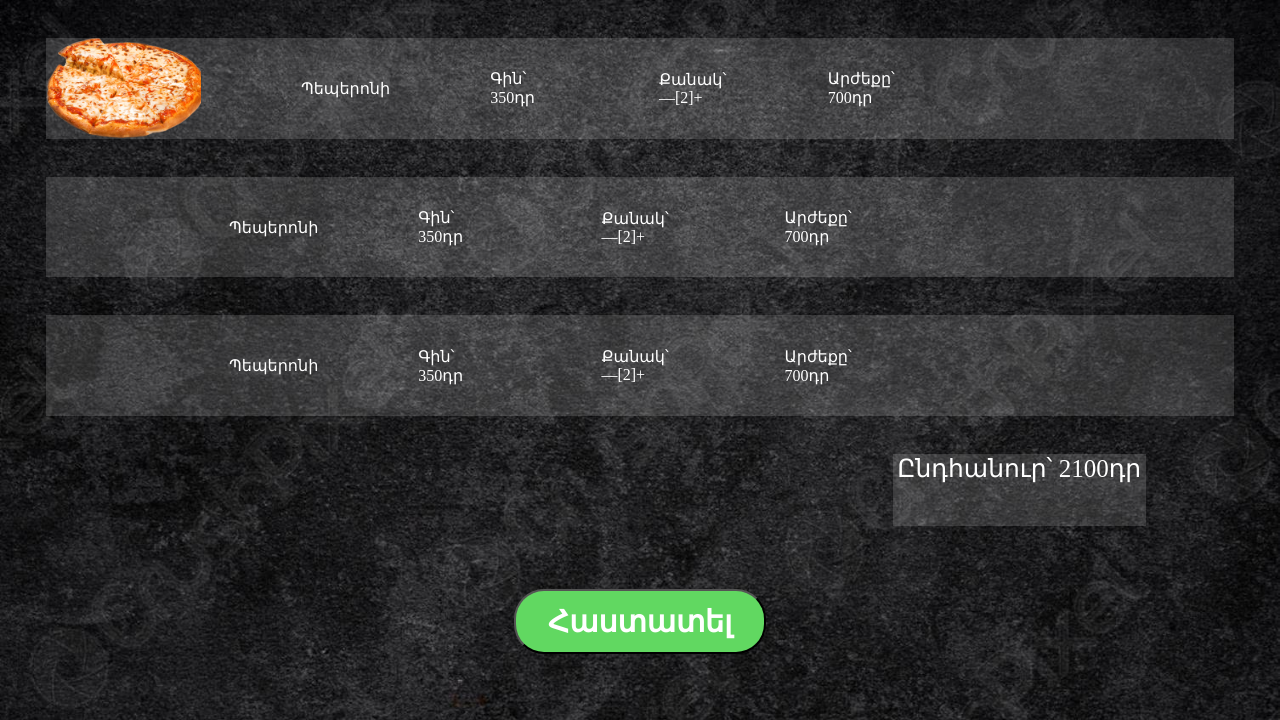
Repository: NarekTovmasyan/PizzaManue
Page: public/basket.html
An editor plug-in stored every save of this project. The page is shown before and after the next save, followed by the edit.
The browser window is 1280 px wide. The pictures show the whole page.

Above is the page before, as saved 2022-01-20 15:02:03.

### public/basket.html
<!DOCTYPE html>
<html lang="en">
<head>
    <meta charset="UTF-8">
    <meta http-equiv="X-UA-Compatible" content="IE=edge">
    <meta name="viewport" content="width=device-width, initial-scale=1.0">
    <link rel="stylesheet" href="basket.css">
    <title>BASKET</title>

</head>
<body>
    <div class= "main">
        <div class ="prop">
            <div class="pizza1Img"></div>
            <div>Պեպերոնի</div>
            <div>Գին՝ 350դր</div>
            <div>Քանակ՝ —[2]+ </div>
            <div>Արժեքը՝ 700դր</div>
            <div></div>
         </div>
        <div class ="prop">
            <div class="pizza2Img"></div>
            <div>Պեպերոնի</div>
            <div>Գին՝ 350դր</div>
            <div>Քանակ՝ —[2]+ </div>
            <div>Արժեքը՝ 700դր</div>
            <div></div>
        </div>
        <div class ="prop">
            <div class="pizza3Img"></div>
            <div>Պեպերոնի</div>
            <div>Գին՝ 350դր</div>
            <div>Քանակ՝ —[2]+ </div>
            <div>Արժեքը՝ 700դր</div>
            <div></div>
        </div>
        <div class ="sum">Ընդհանուր՝ 2100դր</div>
         <button class = "confirm">Հաստատել</button>
    </div>
</body>
</html>

### public/basket.css
body {
    background-image: url(./images/background.jpg);
    background-repeat: no-repeat;
    background-size: cover;
  }
 .main{
      width: 100%;
      height: 80vh;
}
.prop{
  background-color: rgba(255, 255, 255, 0.144) ;
  width: 94%;
  height: 14vh;
  margin-top: 3%;
  margin-left: 3%;
  display: grid;
  grid-template-columns: 1fr 1fr 1fr 1fr 1fr 1fr 1fr;
  column-gap: 100px;
  justify-content: center;
  align-items: center;
  color:white ;
}
/*.prop > div{
     background-color: yellow;
     width: 20%;
}*/
 .prop > div{
 }
.sum{
    background-color: rgba(255, 255, 255, 0.144) ;
    width: 20%;
    height: 10vh;
    margin-top: 3%;
    margin-left: 70%;
    font-size: 25px;
    font-weight: 500;
    text-align:center;
    color:white;
}

.confirm{
    background-color:rgb(97, 216, 97);
    height: 9vh;
    width: 20%;
    border-radius: 30px;
    text-align:center;
    font-size: 30px;
    font-weight: 700;
    margin-left:40%;
    margin-top: 5%;
    color:white;
    cursor: pointer;
}
.confirm:hover {
    background-color: rgb(216, 250, 216);
    color: black
  }
.pizza1Img{
    background-image: url(./images/pizza1.png);
    height:100px;
    width: 155px;
    background-size: cover;
}

After the next save:
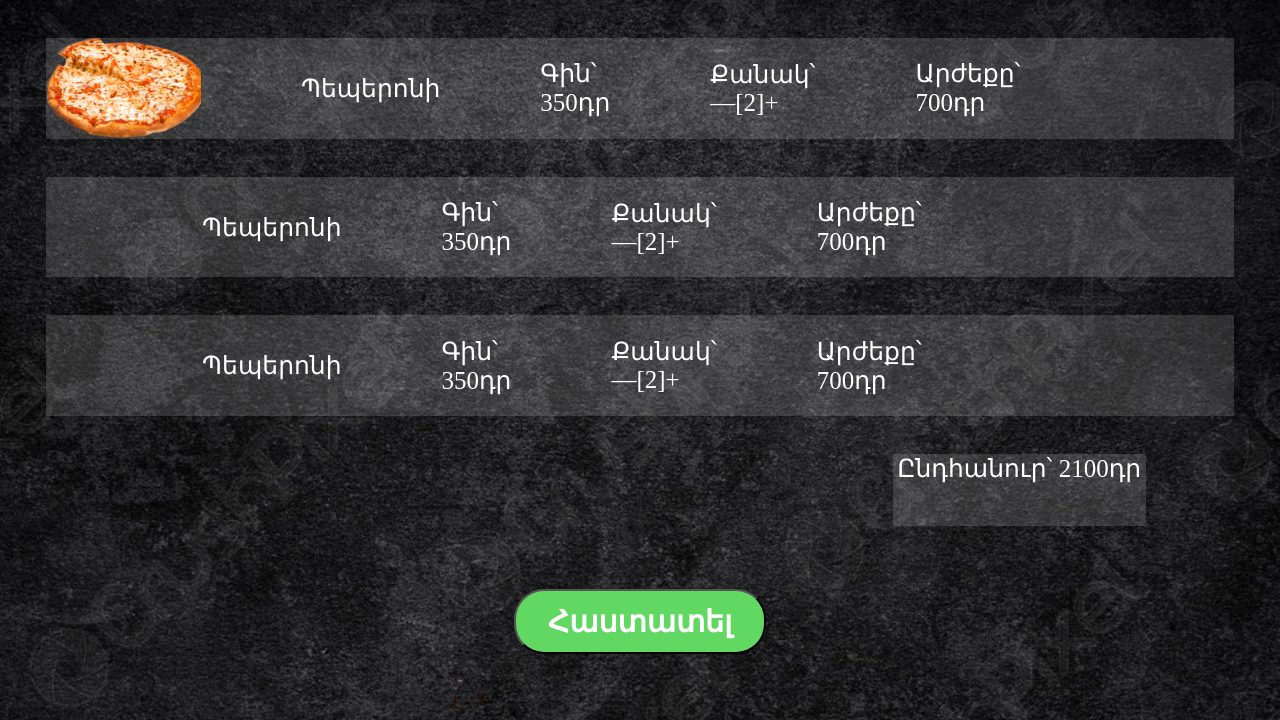
Saved 59 s later.
--- a/public/basket.css
+++ b/public/basket.css
@@ -19,12 +19,10 @@ body {
   justify-content: center;
   align-items: center;
   color:white ;
+  font-size: 25px;
 }
-/*.prop > div{
-     background-color: yellow;
-     width: 20%;
-}*/
  .prop > div{
+
  }
 .sum{
     background-color: rgba(255, 255, 255, 0.144) ;
